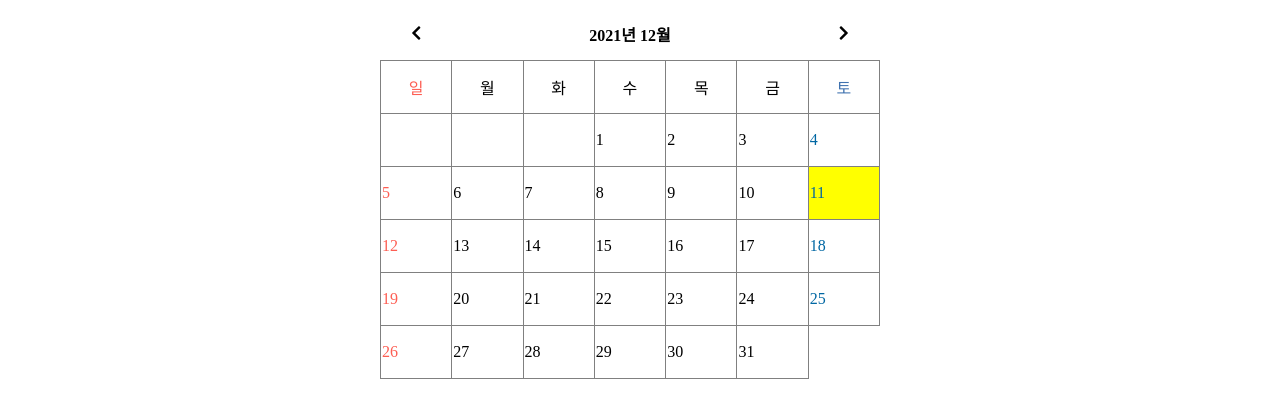
Repository: shin-sj/Checkkeu
Page: http://localhost/test2/WEB-INF/user/calendar.jsp
An editor plug-in stored every save of this project. The page is shown before and after the next save, followed by the edit.
The browser window is 1280 px wide. The pictures show the whole page.
Some web libraries are served in a nearby version. The page is served by Tomcat 9. Nobody is signed in. The template is opened directly, without the code that normally fills it, so the values that code supplies are empty.

Above is the page before, as saved 2021-12-15 15:54:41.

After the next save:
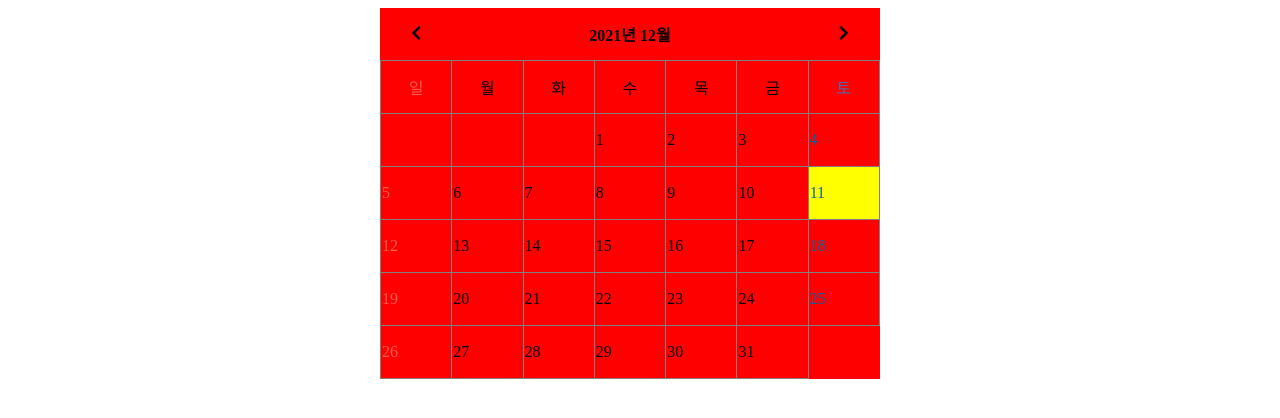
Saved 9 s later.
--- a/test2/src/main/webapp/WEB-INF/user/calendar.jsp
+++ b/test2/src/main/webapp/WEB-INF/user/calendar.jsp
@@ -36,6 +36,7 @@
 		border-collapse : collapse;
 
 		margin-right: 20px;
+		background-color: red;
 
 	}
 	td{
